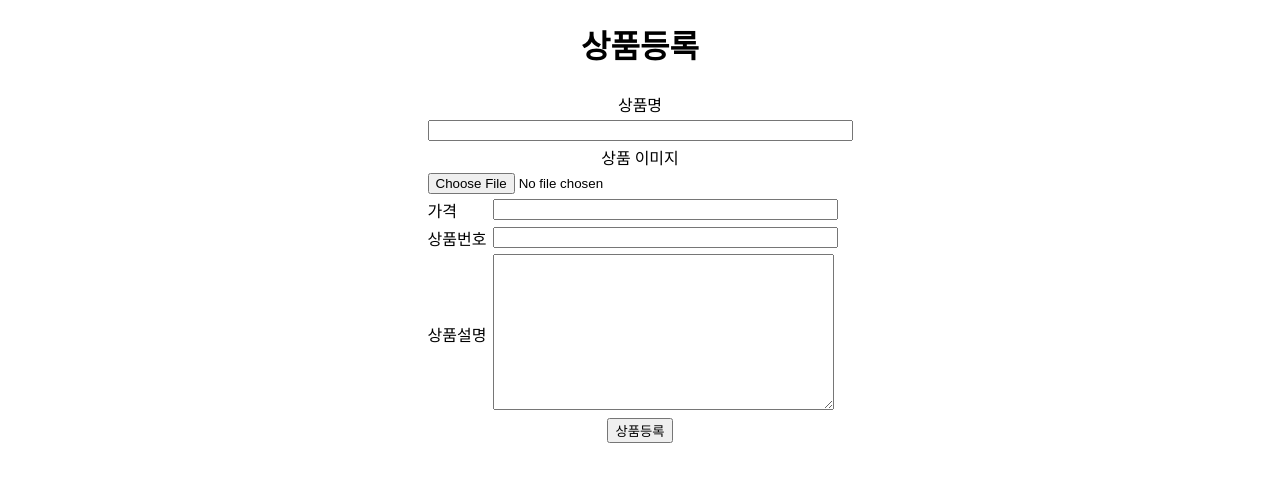
Repository: gunvv00/Java_practice
Page: html_work/html01/WebContent/goods.html
These files come from the project's save history. The page is drawn as it stood at one moment and after the next save; the edit follows.
The browser window is 1280 px wide. The pictures show the whole page.

Above is the page before, as saved 2020-01-02 08:00:07.

### html_work/html01/WebContent/goods.html
<!DOCTYPE html>
<html>
<head>
<meta charset="UTF-8">
<title>상품등록</title>
</head>
<body>
<form action = "good.jsp" method = "post">
	<h1 align = "center">상품등록</h1>
	<TABLE Border = 0 height = 300 width = 300 align = "center">
		<tr>
			<td align = "center" colspan = "2">상품명</td>
		</tr>
		<tr>
			<td align = "center" colspan = "2"><input type = "product" name="" value = ""  size = "50"></td>
		</tr>
		<tr>
			<td align = "center" colspan = "2">상품 이미지</td>
		</tr>
		<tr>
			<td colspan = "2"><input type='file' name='file' value ="" /></td>
		</tr>
		<tr>
			<td>가격</td>
			<td><input type = "price" name="" value = "" size = "40" ></td>
		</tr>
		<tr>
			<td>상품번호</td>
			<td><input type = "produtNumber" name="" value = "" size = "40" ></td>
		</tr>
		<tr>
			<td>상품설명</td>
			<td><textarea name = "" rows = "10" cols="40">  </textarea></td>
		</tr>
		<tr align="center">
			<td colspan="2"><input type = "submit" value = "상품등록"/>	</td>

		</tr>
	</TABLE>




</body>
</html>

After the next save:
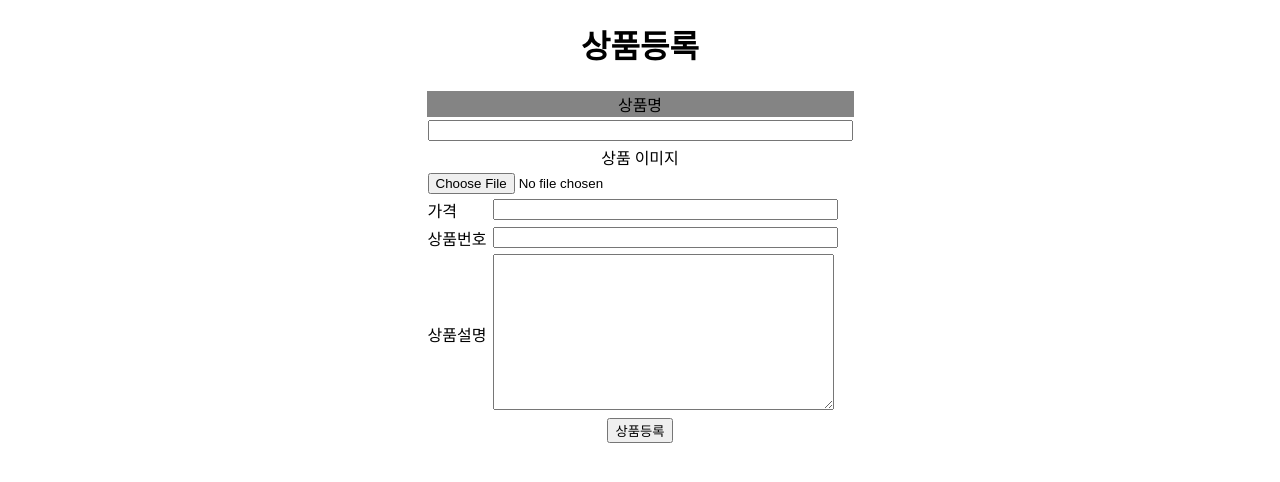
Saved 78 s later.
--- a/html_work/html01/WebContent/goods.html
+++ b/html_work/html01/WebContent/goods.html
@@ -9,7 +9,7 @@
 	<h1 align = "center">상품등록</h1>
 	<TABLE Border = 0 height = 300 width = 300 align = "center">
 		<tr>
-			<td align = "center" colspan = "2">상품명</td>
+			<td bgcolor = #848484 align = "center" colspan = "2">상품명</td>
 		</tr>
 		<tr>
 			<td align = "center" colspan = "2"><input type = "product" name="" value = ""  size = "50"></td>
